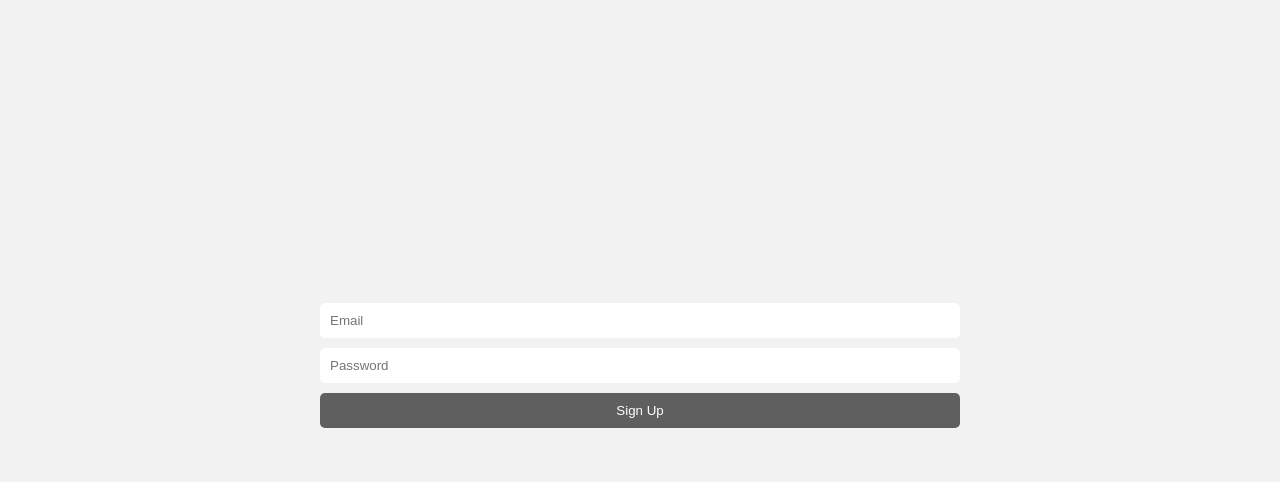
Repository: jegramin/node-auth-frontend
Page: /signup
The author's editor kept a copy of each file at every save. The page is drawn from the files as they stood at one save, then again after the next save.
The browser window is 1280 px wide. The pictures show the whole page.
The project was rebuilt for these pictures with package versions that can differ from the ones it lists, and the page was loaded fresh each time. Also part of the build but not shown: src/components/blog/blog.js, src/components/blog/Blogs.js, src/components/blog/blogDetail.js, src/components/blog/blogCreate.js, src/components/authentication/login.js.

Above is the page before, as saved 2020-11-11 14:07:50.

After the next save:
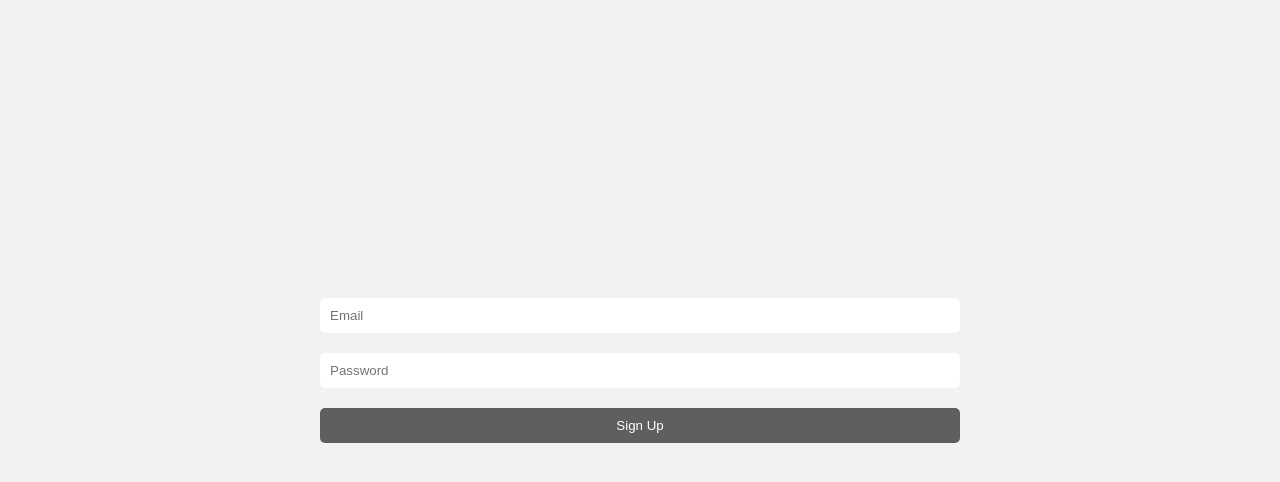
Saved 13 s later.
--- a/src/App.css
+++ b/src/App.css
@@ -102,7 +102,7 @@ h1 {
 }
 .form input, .form textarea {
   padding: 10px;
-  margin: 10px 0px 0px 0px;
+  margin: 20px 0px 0px 0px;
   border: none;
   border-radius: 5px;
 }
